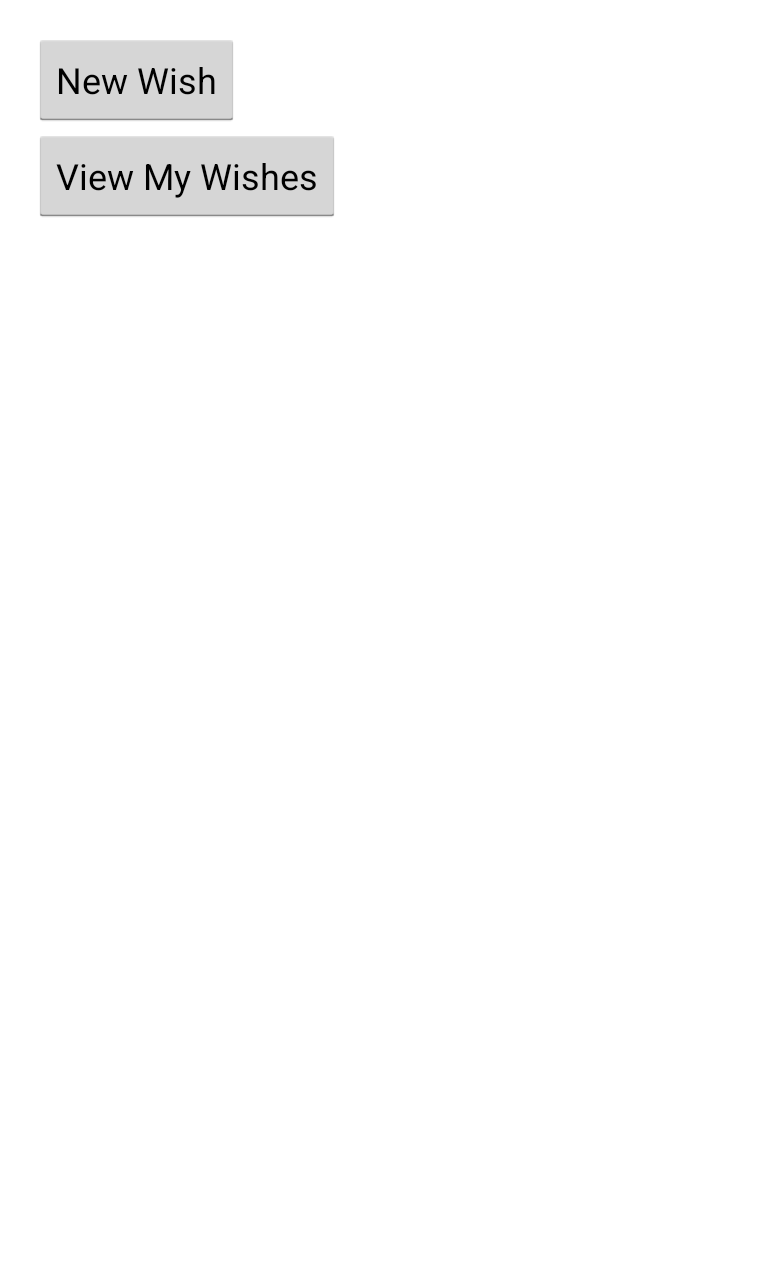
Repository: ravifreek63/wishlist
Layout: android/WishList1/res/layout/activity_main.xml
These files come from the project's save history. The layout is drawn as it stood at one moment and after the next save; the edit follows.
It is drawn on a 768 x 1280 px phone screen (xhdpi) without system bars, with theme AppTheme; the app's code is not run.

Above is the layout before, as saved 2014-04-26 21:09:46.

After the next save:
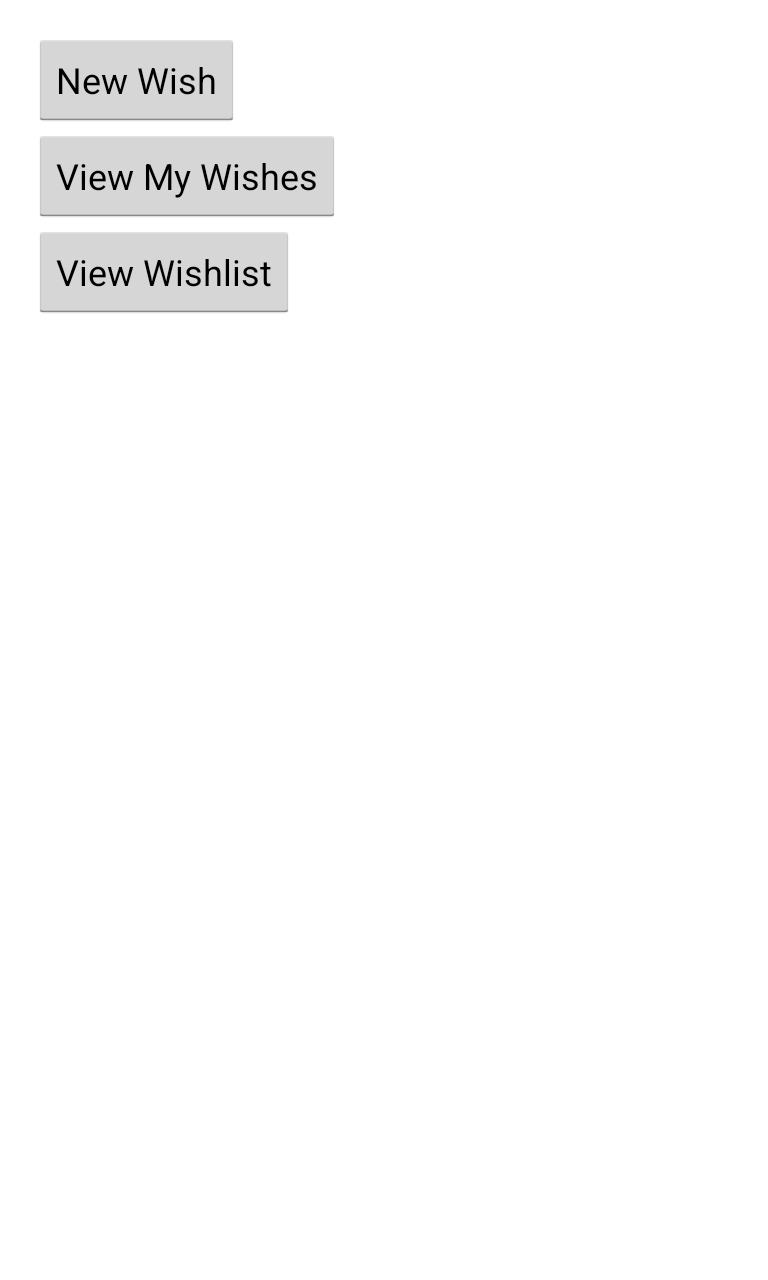
Saved 4 min 35 s later.
--- a/android/WishList1/res/layout/activity_main.xml
+++ b/android/WishList1/res/layout/activity_main.xml
@@ -26,4 +26,12 @@
         android:onClick="onViewMyWishesButtonClicked"
         />
 
+    <Button
+        android:id="@+id/button1"
+        android:layout_width="wrap_content"
+        android:layout_height="wrap_content"
+        android:text="View Wishlist"
+        android:onClick="onViewWishlistButtonClicked"
+        />
+
 </LinearLayout>
